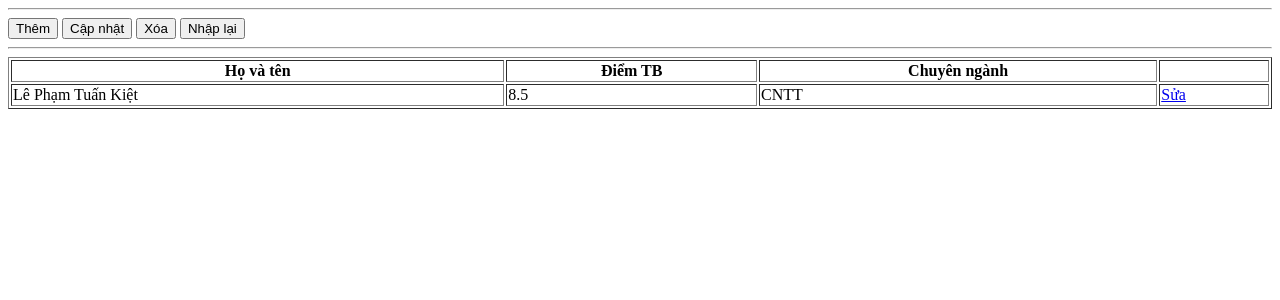
Repository: theweezar/Java
Page: http://localhost/PTITHCMS1L2/WEB-INF/views/student-mgr.jsp
An editor plug-in stored every save of this project. The page is shown before and after the next save, followed by the edit.
The browser window is 1280 px wide. The pictures show the whole page.
The page is served by Tomcat 9. Nobody is signed in. Other server files are loaded and not shown. The template is opened directly, without the code that normally fills it, so the values that code supplies are empty.

Above is the page before, as saved 2020-04-22 03:07:05.

### HoangPhanMinhDuc_N17DCAT018/PTITHCMS1L2/WebContent/WEB-INF/views/student-mgr.jsp
<%@ page language="java" contentType="text/html; charset=UTF-8"
    pageEncoding="UTF-8"%>
<!DOCTYPE html PUBLIC "-//W3C//DTD HTML 4.01 Transitional//EN" "http://www.w3.org/TR/html4/loose.dtd">
<html>
<head>
<meta http-equiv="Content-Type" content="text/html; charset=ISO-8859-1">
<title>Student Manager</title>
</head>
<body>
	<form action="student-mgr.htm" method="post">
		${message}
		<hr>
		<button name="btnInsert">Thêm</button>
		<button name="btnUpdate">Cập nhật</button>
		<button name="btnDelete">Xóa</button>
		<button name="btnReset">Nhập lại</button>
	</form>
	<hr>
	<table border="1" style="width:100%">
		<tr>
			<th>Họ và tên</th>
			<th>Điểm TB</th>
			<th>Chuyên ngành</th>
			<th></th>
		</tr>
		<tr>
			<td>Lê Phạm Tuấn Kiệt</td>
			<td>8.5</td>
			<td>CNTT</td>
			<td><a href="student-mgr.htm?lnkEdit">Sửa</a></td>
		</tr>
	</table>
</body>
</html>

After the next save:
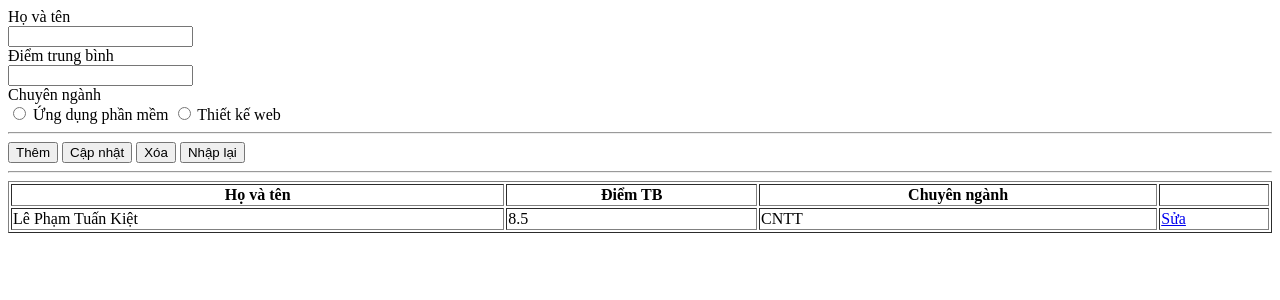
Saved 91 s later.
--- a/HoangPhanMinhDuc_N17DCAT018/PTITHCMS1L2/WebContent/WEB-INF/views/student-mgr.jsp
+++ b/HoangPhanMinhDuc_N17DCAT018/PTITHCMS1L2/WebContent/WEB-INF/views/student-mgr.jsp
@@ -9,6 +9,19 @@
 <body>
 	<form action="student-mgr.htm" method="post">
 		${message}
+		<div>Họ và tên</div>
+		<input name="name">
+		<div>Điểm trung bình</div>
+		<input name="mark">
+		<div>Chuyên ngành</div>
+		<label>
+			<input name="major" type="radio" value="APP">
+			Ứng dụng phần mềm
+		</label>
+		<label>
+			<input name="major" type="radio" value="WEB">
+			Thiết kế web
+		</label>
 		<hr>
 		<button name="btnInsert">Thêm</button>
 		<button name="btnUpdate">Cập nhật</button>
